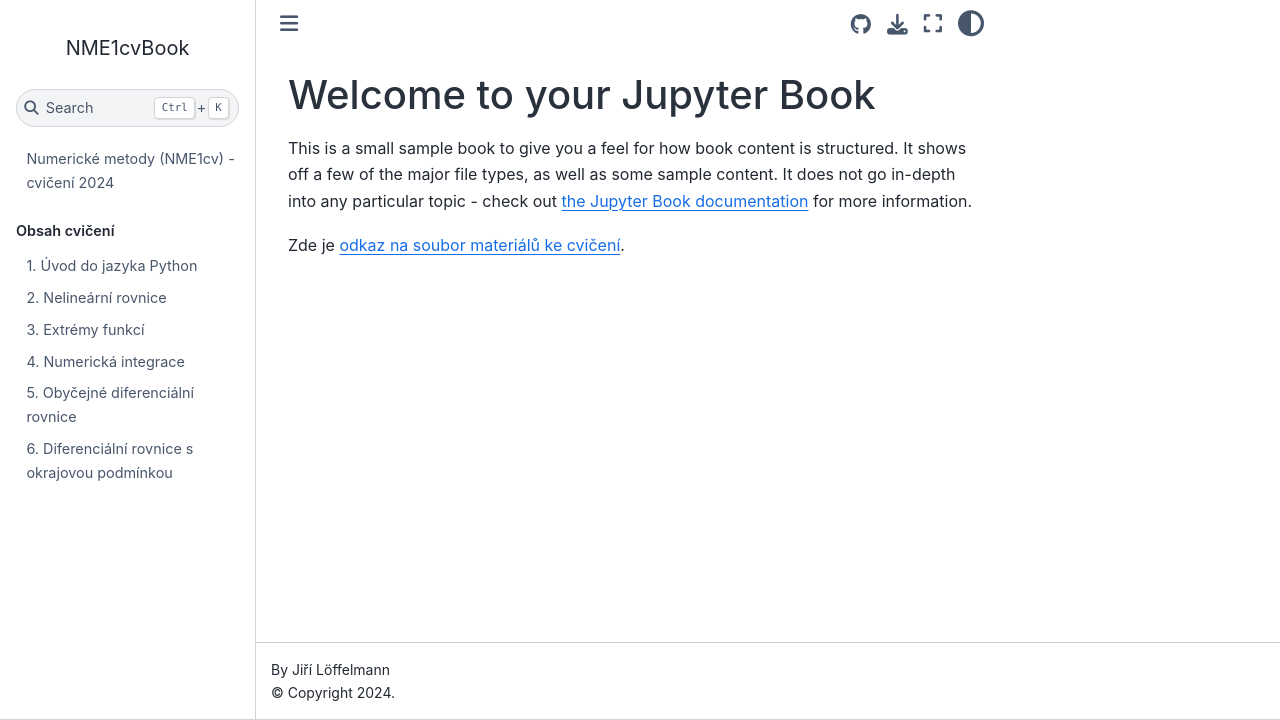
Repository: loepa01/NME1cvBook
Page: intro.html
These files come from the project's save history. The page is drawn as it stood at one moment and after the next save; the edit follows.
The browser window is 1280 px wide. The pictures show the whole page.

Above is the page before, as saved 2024-04-08 16:22:28.
Console error: SyntaxError: Identifier 'THEBE_JS_URL' has already been declared

### intro.html

<!DOCTYPE html>


<html lang="en" data-content_root="../" >

  <head>
    <meta charset="utf-8" />
    <meta name="viewport" content="width=device-width, initial-scale=1.0" /><meta name="viewport" content="width=device-width, initial-scale=1" />

    <title>Welcome to your Jupyter Book &#8212; NME1cvBook</title>



  <script data-cfasync="false">
    document.documentElement.dataset.mode = localStorage.getItem("mode") || "";
    document.documentElement.dataset.theme = localStorage.getItem("theme") || "light";
  </script>

  <!-- Loaded before other Sphinx assets -->
  <link href="../_static/styles/theme.css?digest=8d27b9dea8ad943066ae" rel="stylesheet" />
<link href="../_static/styles/bootstrap.css?digest=8d27b9dea8ad943066ae" rel="stylesheet" />
<link href="../_static/styles/pydata-sphinx-theme.css?digest=8d27b9dea8ad943066ae" rel="stylesheet" />


  <link href="../_static/vendor/fontawesome/6.5.1/css/all.min.css?digest=8d27b9dea8ad943066ae" rel="stylesheet" />
  <link rel="preload" as="font" type="font/woff2" crossorigin href="../_static/vendor/fontawesome/6.5.1/webfonts/fa-solid-900.woff2" />
<link rel="preload" as="font" type="font/woff2" crossorigin href="../_static/vendor/fontawesome/6.5.1/webfonts/fa-brands-400.woff2" />
<link rel="preload" as="font" type="font/woff2" crossorigin href="../_static/vendor/fontawesome/6.5.1/webfonts/fa-regular-400.woff2" />

    <link rel="stylesheet" type="text/css" href="../_static/pygments.css?v=fa44fd50" />
    <link rel="stylesheet" type="text/css" href="../_static/styles/sphinx-book-theme.css?v=384b581d" />
    <link rel="stylesheet" type="text/css" href="../_static/togglebutton.css?v=13237357" />
    <link rel="stylesheet" type="text/css" href="../_static/copybutton.css?v=76b2166b" />
    <link rel="stylesheet" type="text/css" href="../_static/mystnb.4510f1fc1dee50b3e5859aac5469c37c29e427902b24a333a5f9fcb2f0b3ac41.css?v=be8a1c11" />
    <link rel="stylesheet" type="text/css" href="../_static/sphinx-thebe.css?v=4fa983c6" />
    <link rel="stylesheet" type="text/css" href="../_static/design-style.1e8bd061cd6da7fc9cf755528e8ffc24.min.css?v=0a3b3ea7" />

  <!-- Pre-loaded scripts that we'll load fully later -->
  <link rel="preload" as="script" href="../_static/scripts/bootstrap.js?digest=8d27b9dea8ad943066ae" />
<link rel="preload" as="script" href="../_static/scripts/pydata-sphinx-theme.js?digest=8d27b9dea8ad943066ae" />
  <script src="../_static/vendor/fontawesome/6.5.1/js/all.min.js?digest=8d27b9dea8ad943066ae"></script>

    <script src="../_static/documentation_options.js?v=9eb32ce0"></script>
    <script src="../_static/doctools.js?v=888ff710"></script>
    <script src="../_static/sphinx_highlight.js?v=dc90522c"></script>
    <script src="../_static/clipboard.min.js?v=a7894cd8"></script>
    <script src="../_static/copybutton.js?v=f281be69"></script>
    <script src="../_static/scripts/sphinx-book-theme.js?v=efea14e4"></script>
    <script>let toggleHintShow = 'Click to show';</script>
    <script>let toggleHintHide = 'Click to hide';</script>
    <script>let toggleOpenOnPrint = 'true';</script>
    <script src="../_static/togglebutton.js?v=4a39c7ea"></script>
    <script>var togglebuttonSelector = '.toggle, .admonition.dropdown';</script>
    <script src="../_static/design-tabs.js?v=36754332"></script>
    <script>const THEBE_JS_URL = "https://unpkg.com/thebe@0.8.2/lib/index.js"; const thebe_selector = ".thebe,.cell"; const thebe_selector_input = "pre"; const thebe_selector_output = ".output, .cell_output"</script>
    <script async="async" src="../_static/sphinx-thebe.js?v=c100c467"></script>
    <script>var togglebuttonSelector = '.toggle, .admonition.dropdown';</script>
    <script>const THEBE_JS_URL = "https://unpkg.com/thebe@0.8.2/lib/index.js"; const thebe_selector = ".thebe,.cell"; const thebe_selector_input = "pre"; const thebe_selector_output = ".output, .cell_output"</script>
    <script>DOCUMENTATION_OPTIONS.pagename = '.history/intro_20240408162228';</script>
    <link rel="icon" href="../_static/cphys.png"/>
    <link rel="index" title="Index" href="../genindex.html" />
    <link rel="search" title="Search" href="../search.html" />
  <meta name="viewport" content="width=device-width, initial-scale=1"/>
  <meta name="docsearch:language" content="en"/>
  </head>


  <body data-bs-spy="scroll" data-bs-target=".bd-toc-nav" data-offset="180" data-bs-root-margin="0px 0px -60%" data-default-mode="">



  <a id="pst-skip-link" class="skip-link" href="#main-content">Skip to main content</a>

  <div id="pst-scroll-pixel-helper"></div>

  <button type="button" class="btn rounded-pill" id="pst-back-to-top">
    <i class="fa-solid fa-arrow-up"></i>
    Back to top
  </button>


  <input type="checkbox"
          class="sidebar-toggle"
          name="__primary"
          id="__primary"/>
  <label class="overlay overlay-primary" for="__primary"></label>

  <input type="checkbox"
          class="sidebar-toggle"
          name="__secondary"
          id="__secondary"/>
  <label class="overlay overlay-secondary" for="__secondary"></label>

  <div class="search-button__wrapper">
    <div class="search-button__overlay"></div>
    <div class="search-button__search-container">
<form class="bd-search d-flex align-items-center"
      action="../search.html"
      method="get">
  <i class="fa-solid fa-magnifying-glass"></i>
  <input type="search"
         class="form-control"
         name="q"
         id="search-input"
         placeholder="Search this book..."
         aria-label="Search this book..."
         autocomplete="off"
         autocorrect="off"
         autocapitalize="off"
         spellcheck="false"/>
  <span class="search-button__kbd-shortcut"><kbd class="kbd-shortcut__modifier">Ctrl</kbd>+<kbd>K</kbd></span>
</form></div>
  </div>

    <header class="bd-header navbar navbar-expand-lg bd-navbar">
    </header>


  <div class="bd-container">
    <div class="bd-container__inner bd-page-width">





      <div class="bd-sidebar-primary bd-sidebar">



  <div class="sidebar-header-items sidebar-primary__section">




  </div>

    <div class="sidebar-primary-items__start sidebar-primary__section">
        <div class="sidebar-primary-item">



<a class="navbar-brand logo" href="../intro.html">






    <p class="title logo__title">NME1cvBook</p>

</a></div>
        <div class="sidebar-primary-item">

 <script>
 document.write(`
   <button class="btn navbar-btn search-button-field search-button__button" title="Search" aria-label="Search" data-bs-placement="bottom" data-bs-toggle="tooltip">
    <i class="fa-solid fa-magnifying-glass"></i>
    <span class="search-button__default-text">Search</span>
    <span class="search-button__kbd-shortcut"><kbd class="kbd-shortcut__modifier">Ctrl</kbd>+<kbd class="kbd-shortcut__modifier">K</kbd></span>
   </button>
 `);
 </script></div>
        <div class="sidebar-primary-item"><nav class="bd-links bd-docs-nav" aria-label="Main">
    <div class="bd-toc-item navbar-nav active">

        <ul class="nav bd-sidenav bd-sidenav__home-link">
            <li class="toctree-l1">
                <a class="reference internal" href="../intro.html">
                    Numerické metody (NME1cv) - cvičení 2024
                </a>
            </li>
        </ul>
        <p aria-level="2" class="caption" role="heading"><span class="caption-text">Obsah cvičení</span></p>
<ul class="nav bd-sidenav">
<li class="toctree-l1"><a class="reference internal" href="../uvod-python.html">1. Úvod do jazyka Python</a></li>
<li class="toctree-l1"><a class="reference internal" href="../nelinearni-rce.html">2. Nelineární rovnice</a></li>
<li class="toctree-l1"><a class="reference internal" href="../extremy-fci.html">3. Extrémy funkcí</a></li>
<li class="toctree-l1"><a class="reference internal" href="../integrace.html">4. Numerická integrace</a></li>
<li class="toctree-l1"><a class="reference internal" href="../reseni-odr.html">5. Obyčejné diferenciální rovnice</a></li>
<li class="toctree-l1"><a class="reference internal" href="../reseni-okraj.html">6. Diferenciální rovnice s okrajovou podmínkou</a></li>
</ul>

    </div>
</nav></div>
    </div>


  <div class="sidebar-primary-items__end sidebar-primary__section">
  </div>

  <div id="rtd-footer-container"></div>


      </div>

      <main id="main-content" class="bd-main">



<div class="sbt-scroll-pixel-helper"></div>

          <div class="bd-content">
            <div class="bd-article-container">

              <div class="bd-header-article">
<div class="header-article-items header-article__inner">

    <div class="header-article-items__start">

        <div class="header-article-item"><label class="sidebar-toggle primary-toggle btn btn-sm" for="__primary" title="Toggle primary sidebar" data-bs-placement="bottom" data-bs-toggle="tooltip">
  <span class="fa-solid fa-bars"></span>
</label></div>

    </div>


    <div class="header-article-items__end">

        <div class="header-article-item">

<div class="article-header-buttons">





<div class="dropdown dropdown-source-buttons">
  <button class="btn dropdown-toggle" type="button" data-bs-toggle="dropdown" aria-expanded="false" aria-label="Source repositories">
    <i class="fab fa-github"></i>
  </button>
  <ul class="dropdown-menu">



      <li><a href="https://github.com/loepa01/NME1cvBook" target="_blank"
   class="btn btn-sm btn-source-repository-button dropdown-item"
   title="Source repository"
   data-bs-placement="left" data-bs-toggle="tooltip"
>


<span class="btn__icon-container">
  <i class="fab fa-github"></i>
  </span>
<span class="btn__text-container">Repository</span>
</a>
</li>




      <li><a href="https://github.com/loepa01/NME1cvBook/issues/new?title=Issue%20on%20page%20%2F.history/intro_20240408162228.html&body=Your%20issue%20content%20here." target="_blank"
   class="btn btn-sm btn-source-issues-button dropdown-item"
   title="Open an issue"
   data-bs-placement="left" data-bs-toggle="tooltip"
>


<span class="btn__icon-container">
  <i class="fas fa-lightbulb"></i>
  </span>
<span class="btn__text-container">Open issue</span>
</a>
</li>

  </ul>
</div>






<div class="dropdown dropdown-download-buttons">
  <button class="btn dropdown-toggle" type="button" data-bs-toggle="dropdown" aria-expanded="false" aria-label="Download this page">
    <i class="fas fa-download"></i>
  </button>
  <ul class="dropdown-menu">



      <li><a href="../_sources/.history/intro_20240408162228.md" target="_blank"
   class="btn btn-sm btn-download-source-button dropdown-item"
   title="Download source file"
   data-bs-placement="left" data-bs-toggle="tooltip"
>


<span class="btn__icon-container">
  <i class="fas fa-file"></i>
  </span>
<span class="btn__text-container">.md</span>
</a>
</li>




      <li>
<button onclick="window.print()"
  class="btn btn-sm btn-download-pdf-button dropdown-item"
  title="Print to PDF"
  data-bs-placement="left" data-bs-toggle="tooltip"
>


<span class="btn__icon-container">
  <i class="fas fa-file-pdf"></i>
  </span>
<span class="btn__text-container">.pdf</span>
</button>
</li>

  </ul>
</div>




<button onclick="toggleFullScreen()"
  class="btn btn-sm btn-fullscreen-button"
  title="Fullscreen mode"
  data-bs-placement="bottom" data-bs-toggle="tooltip"
>


<span class="btn__icon-container">
  <i class="fas fa-expand"></i>
  </span>

</button>



<script>
document.write(`
  <button class="btn btn-sm navbar-btn theme-switch-button" title="light/dark" aria-label="light/dark" data-bs-placement="bottom" data-bs-toggle="tooltip">
    <span class="theme-switch nav-link" data-mode="light"><i class="fa-solid fa-sun fa-lg"></i></span>
    <span class="theme-switch nav-link" data-mode="dark"><i class="fa-solid fa-moon fa-lg"></i></span>
    <span class="theme-switch nav-link" data-mode="auto"><i class="fa-solid fa-circle-half-stroke fa-lg"></i></span>
  </button>
`);
</script>


<script>
document.write(`
  <button class="btn btn-sm navbar-btn search-button search-button__button" title="Search" aria-label="Search" data-bs-placement="bottom" data-bs-toggle="tooltip">
    <i class="fa-solid fa-magnifying-glass fa-lg"></i>
  </button>
`);
</script>

</div></div>

    </div>

</div>
</div>



<div id="jb-print-docs-body" class="onlyprint">
    <h1>Welcome to your Jupyter Book</h1>
    <!-- Table of contents -->
    <div id="print-main-content">
        <div id="jb-print-toc">

        </div>
    </div>
</div>



<div id="searchbox"></div>
                <article class="bd-article">

  <section class="tex2jax_ignore mathjax_ignore" id="welcome-to-your-jupyter-book">
<h1>Welcome to your Jupyter Book<a class="headerlink" href="#welcome-to-your-jupyter-book" title="Link to this heading">#</a></h1>
<p>This is a small sample book to give you a feel for how book content is
structured.
It shows off a few of the major file types, as well as some sample content.
It does not go in-depth into any particular topic - check out <a class="reference external" href="https://jupyterbook.org">the Jupyter Book documentation</a> for more information.</p>
<p>Zde je <a class="reference internal" href="#intro.md"><span class="xref myst">odkaz na soubor materiálů ke cvičení</span></a>.</p>
</section>

    <script type="text/x-thebe-config">
    {
        requestKernel: true,
        binderOptions: {
            repo: "binder-examples/jupyter-stacks-datascience",
            ref: "master",
        },
        codeMirrorConfig: {
            theme: "abcdef",
            mode: "python"
        },
        kernelOptions: {
            name: "python3",
            path: "./.history"
        },
        predefinedOutput: true
    }
    </script>
    <script>kernelName = 'python3'</script>

                </article>






                <footer class="prev-next-footer">

<div class="prev-next-area">
</div>
                </footer>

            </div>



                <div class="bd-sidebar-secondary bd-toc"></div>


          </div>
          <footer class="bd-footer-content">

<div class="bd-footer-content__inner container">

  <div class="footer-item">

<p class="component-author">
By Jiří Löffelmann
</p>

  </div>

  <div class="footer-item">


  <p class="copyright">

      © Copyright 2024.
      <br/>

  </p>

  </div>

  <div class="footer-item">

  </div>

  <div class="footer-item">

  </div>

</div>
          </footer>


      </main>
    </div>
  </div>

  <!-- Scripts loaded after <body> so the DOM is not blocked -->
  <script src="../_static/scripts/bootstrap.js?digest=8d27b9dea8ad943066ae"></script>
<script src="../_static/scripts/pydata-sphinx-theme.js?digest=8d27b9dea8ad943066ae"></script>

  <footer class="bd-footer">
  </footer>
  </body>
</html>

### _static/copybutton.css
/* Copy buttons */
button.copybtn {
    position: absolute;
    display: flex;
    top: .3em;
    right: .3em;
    width: 1.7em;
    height: 1.7em;
	opacity: 0;
    transition: opacity 0.3s, border .3s, background-color .3s;
    user-select: none;
    padding: 0;
    border: none;
    outline: none;
    border-radius: 0.4em;
    /* The colors that GitHub uses */
    border: #1b1f2426 1px solid;
    background-color: #f6f8fa;
    color: #57606a;
}

button.copybtn.success {
    border-color: #22863a;
    color: #22863a;
}

button.copybtn svg {
    stroke: currentColor;
    width: 1.5em;
    height: 1.5em;
    padding: 0.1em;
}

div.highlight  {
    position: relative;
}

/* Show the copybutton */
.highlight:hover button.copybtn, button.copybtn.success {
	opacity: 1;
}

.highlight button.copybtn:hover {
    background-color: rgb(235, 235, 235);
}

.highlight button.copybtn:active {
    background-color: rgb(187, 187, 187);
}

/**
 * A minimal CSS-only tooltip copied from:
 *   https://codepen.io/mildrenben/pen/rVBrpK
 *
 * To use, write HTML like the following:
 *
 * <p class="o-tooltip--left" data-tooltip="Hey">Short</p>
 */
 .o-tooltip--left {
  position: relative;
 }

 .o-tooltip--left:after {
    opacity: 0;
    visibility: hidden;
    position: absolute;
    content: attr(data-tooltip);
    padding: .2em;
    font-size: .8em;
    left: -.2em;
    background: grey;
    color: white;
    white-space: nowrap;
    z-index: 2;
    border-radius: 2px;
    transform: translateX(-102%) translateY(0);
    transition: opacity 0.2s cubic-bezier(0.64, 0.09, 0.08, 1), transform 0.2s cubic-bezier(0.64, 0.09, 0.08, 1);
}

.o-tooltip--left:hover:after {
    display: block;
    opacity: 1;
    visibility: visible;
    transform: translateX(-100%) translateY(0);
    transition: opacity 0.2s cubic-bezier(0.64, 0.09, 0.08, 1), transform 0.2s cubic-bezier(0.64, 0.09, 0.08, 1);
    transition-delay: .5s;
}

/* By default the copy button shouldn't show up when printing a page */
@media print {
    button.copybtn {
        display: none;
    }
}

### _static/sphinx-thebe.css
/* Thebelab Buttons */
.thebelab-button {
  z-index: 999;
  display: inline-block;
  padding: 0.35em 1.2em;
  margin: 0px 1px;
  border-radius: 0.12em;
  box-sizing: border-box;
  text-decoration: none;
  font-family: "Roboto", sans-serif;
  font-weight: 300;
  text-align: center;
  transition: all 0.2s;
  background-color: #dddddd;
  border: 0.05em solid white;
  color: #000000;
}

.thebelab-button:hover {
  border: 0.05em solid black;
  background-color: #fcfcfc;
}

.thebe-launch-button {
  height: 2.2em;
  font-size: 0.8em;
  border: 1px black solid;
}

/* Thebelab Cell */
.thebelab-cell pre {
  background: none;
}

.thebelab-cell .thebelab-input {
  padding-left: 1em;
  margin-bottom: 0.5em;
  margin-top: 0.5em;
}

.thebelab-cell .jp-OutputArea {
  margin-top: 0.5em;
  margin-left: 1em;
}

button.thebelab-button.thebelab-run-button {
  margin-left: 1.5em;
  margin-bottom: 0.5em;
}

/* Loading button */
button.thebe-launch-button div.spinner {
  float: left;
  margin-right: 1em;
}

/* Remove the spinner when thebelab is ready */
.thebe-launch-button.thebe-status-ready .spinner {
  display: none;
}

.thebe-launch-button span.status {
  font-family: monospace;
  font-weight: bold;
}

.thebe-launch-button.thebe-status-ready span.status {
  color: green;
}

.spinner {
  height: 2em;
  text-align: center;
  font-size: 0.7em;
}

.spinner > div {
  background-color: #f37726;
  height: 100%;
  width: 6px;
  display: inline-block;

  -webkit-animation: sk-stretchdelay 1.2s infinite ease-in-out;
  animation: sk-stretchdelay 1.2s infinite ease-in-out;
}

.spinner .rect2 {
  -webkit-animation-delay: -1.1s;
  animation-delay: -1.1s;
}

.spinner .rect3 {
  -webkit-animation-delay: -1s;
  animation-delay: -1s;
}

.spinner .rect4 {
  -webkit-animation-delay: -0.9s;
  animation-delay: -0.9s;
}

.spinner .rect5 {
  -webkit-animation-delay: -0.8s;
  animation-delay: -0.8s;
}

@-webkit-keyframes sk-stretchdelay {
  0%,
  40%,
  100% {
    -webkit-transform: scaleY(0.4);
  }
  20% {
    -webkit-transform: scaleY(1);
  }
}

@keyframes sk-stretchdelay {
  0%,
  40%,
  100% {
    transform: scaleY(0.4);
    -webkit-transform: scaleY(0.4);
  }
  20% {
    transform: scaleY(1);
    -webkit-transform: scaleY(1);
  }
}

Loaded but not shown: _static/styles/theme.css (common file); _static/styles/bootstrap.css (library); _static/styles/pydata-sphinx-theme.css (library); _static/vendor/fontawesome/6.5.1/css/all.min.css (library); _static/styles/sphinx-book-theme.css (library); _static/design-style.1e8bd061cd6da7fc9cf755528e8ffc24.min.css (library); _static/scripts/bootstrap.js (library); _static/scripts/pydata-sphinx-theme.js (library); _static/documentation_options.js (common file); _static/clipboard.min.js (library); _static/copybutton.js (248 lines, source omitted); _static/togglebutton.js (187 lines, source omitted); _static/sphinx_highlight.js (154 lines, source omitted); _static/doctools.js (156 lines, source omitted); _static/sphinx-thebe.js (127 lines, source omitted); _static/scripts/sphinx-book-theme.js (2 lines, source omitted); _static/design-tabs.js (27 lines, source omitted); _static/mystnb.4510f1fc1dee50b3e5859aac5469c37c29e427902b24a333a5f9fcb2f0b3ac41.css (2342 lines, source omitted); _static/basic.css (925 lines, source omitted); _static/pygments.css (152 lines, source omitted); _static/togglebutton.css (160 lines, source omitted)

After the next save:
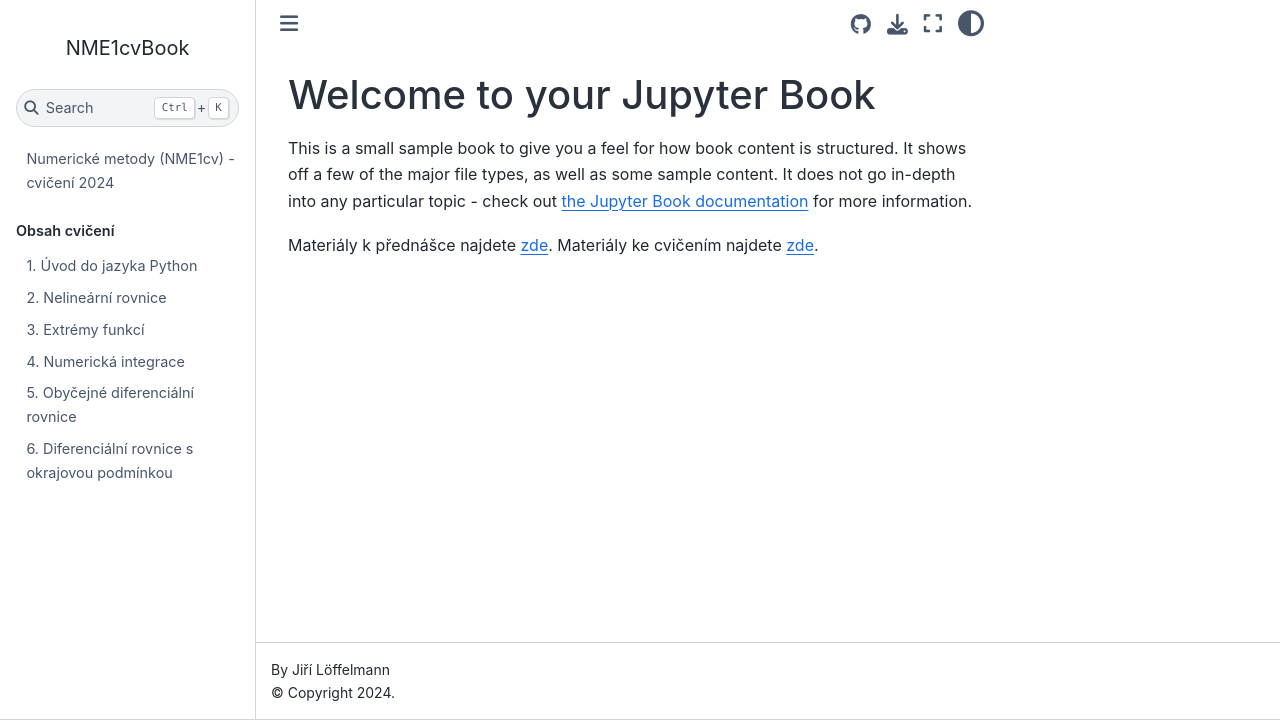
Saved 70 s later.
--- a/intro.html
+++ b/intro.html
@@ -57,7 +57,7 @@
     <script async="async" src="../_static/sphinx-thebe.js?v=c100c467"></script>
     <script>var togglebuttonSelector = '.toggle, .admonition.dropdown';</script>
     <script>const THEBE_JS_URL = "https://unpkg.com/thebe@0.8.2/lib/index.js"; const thebe_selector = ".thebe,.cell"; const thebe_selector_input = "pre"; const thebe_selector_output = ".output, .cell_output"</script>
-    <script>DOCUMENTATION_OPTIONS.pagename = '.history/intro_20240408162228';</script>
+    <script>DOCUMENTATION_OPTIONS.pagename = '.history/intro_20240408162338';</script>
     <link rel="icon" href="../_static/cphys.png"/>
     <link rel="index" title="Index" href="../genindex.html" />
     <link rel="search" title="Search" href="../search.html" />
@@ -250,7 +250,7 @@
 
 
 
-      <li><a href="https://github.com/loepa01/NME1cvBook/issues/new?title=Issue%20on%20page%20%2F.history/intro_20240408162228.html&body=Your%20issue%20content%20here." target="_blank"
+      <li><a href="https://github.com/loepa01/NME1cvBook/issues/new?title=Issue%20on%20page%20%2F.history/intro_20240408162338.html&body=Your%20issue%20content%20here." target="_blank"
    class="btn btn-sm btn-source-issues-button dropdown-item"
    title="Open an issue"
    data-bs-placement="left" data-bs-toggle="tooltip"
@@ -280,7 +280,7 @@
 
 
 
-      <li><a href="../_sources/.history/intro_20240408162228.md" target="_blank"
+      <li><a href="../_sources/.history/intro_20240408162338.md" target="_blank"
    class="btn btn-sm btn-download-source-button dropdown-item"
    title="Download source file"
    data-bs-placement="left" data-bs-toggle="tooltip"
@@ -382,7 +382,8 @@ document.write(`
 structured.
 It shows off a few of the major file types, as well as some sample content.
 It does not go in-depth into any particular topic - check out <a class="reference external" href="https://jupyterbook.org">the Jupyter Book documentation</a> for more information.</p>
-<p>Zde je <a class="reference internal" href="#intro.md"><span class="xref myst">odkaz na soubor materiálů ke cvičení</span></a>.</p>
+<p>Materiály k přednášce najdete <a class="reference external" href="http://kfe.fjfi.cvut.cz/~vachal/edu/nme/">zde</a>.
+Materiály ke cvičením najdete <a class="reference external" href="http://kfe.fjfi.cvut.cz/~vachal/edu/nme/cviceni/">zde</a>.</p>
 </section>
 
     <script type="text/x-thebe-config">
